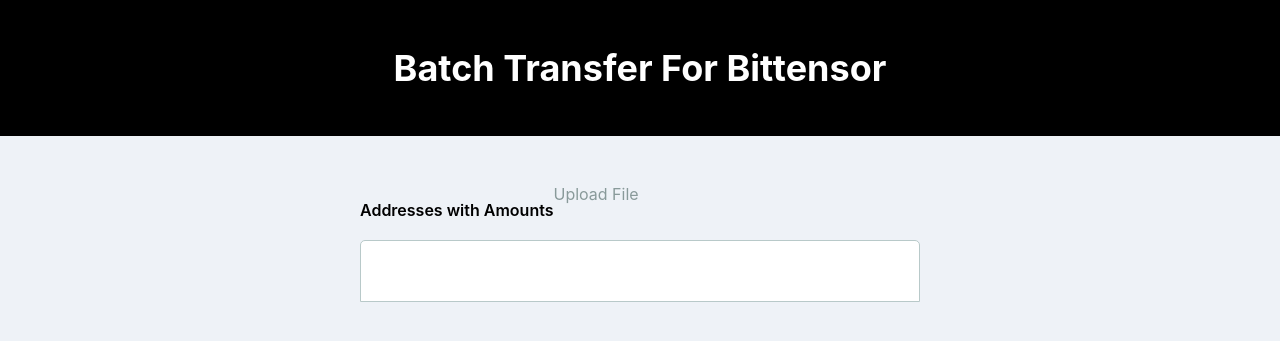
Repository: Dawid-Ace/batch_transfer_tao_master_ui
Page: /
The author's editor kept a copy of each file at every save. The page is drawn from the files as they stood at one save, then again after the next save.
The browser window is 1280 px wide. The pictures show the whole page.
The project was rebuilt for these pictures with package versions that can differ from the ones it lists, and the page was loaded fresh each time.

Above is the page before, as saved 2023-05-10 03:42:17.

### src/App.js
import './App.css';
import { TransferForm } from './components/TransferForm';

function App() {
  return (
    <div className="app-container">
      <div className="header-container">
        Batch Transfer For Bittensor
      </div>

      <div className="main-container">
        <TransferForm />
      </div>
    </div>
  );
}

export default App;

### src/App.css
.app-container {
	display: flex;
	flex-direction: column;
	position: relative;
	width: 100%;
	height: 100vh;
}

.header-container {
	display: flex;
	justify-content: center;
	align-items: center;
	padding-top: 46px;
	padding-bottom: 46px;
	background-color: black;
	font-size: 36px;
	color: white;
	font-weight: 700;
}

.main-container {
	display: flex;
	justify-content: center;
	padding-top: 46px;
	background-color: rgb(238, 242, 247);
	height: 100%;
}

### src/components/TransferForm/index.jsx
import React, { useEffect, useState } from "react";
import styled from 'styled-components';
import DataTable from 'react-data-table-component';

const columns = [
  {
    name: 'Title',
    selector: row => row.title,
  },
  {
    name: 'Year',
    selector: row => row.year,
  },
];
const data = [
  {
    id: 1,
    title: 'Beetlejuice',
    year: '1988',
  },
  {
    id: 2,
    title: 'Ghostbusters',
    year: '1984',
  },
]
export const TransferForm = () => {
  /*
  const fetchUserBalance = async address => {
    const res = await api.query.system.account(address);
    if (res.isEmpty) return 0;
    const { data } = res.toJSON();
    return data.free / UNIT;
  };

  const fetchAndSetUserBalance = async () => {
    const _balance = await fetchUserBalance(currentAccount.address);
    setBalance(_balance);
  };

  const getFromAccount = async () => {
    const {
      address,
      meta: { source, isInjected }
    } = currentAccount;

    if (!isInjected) {
      return [currentAccount];
    }

    // currentAccount is injected from polkadot-JS extension, need to return the addr and signer object.
    // ref: https://polkadot.js.org/docs/extension/cookbook#sign-and-send-a-transaction
    const injector = await web3FromSource(source);
    return [address, { signer: injector.signer }];
  };

  const txResHandler = ({ status }) => {
    setTxStatus({
      visible: true,
      ...(status.isFinalized
        ? { type: 'success', message: 'Success' }
        : { type: 'info', message: `Current transaction status: ${status.type}` })
    });
    if (status.isFinalized) fetchInfo();
  };

  const txErrHandler = err => {
    setTxStatus({ visible: true, type: 'error', message: `😞 Transaction Failed: ${err.toString()}` });
  };

  const submitTx = async tx => {
    setPending(true);
    const fromAccount = await getFromAccount();
    tx.signAndSend(...fromAccount, txResHandler)
      .catch(txErrHandler)
      .finally(() => setPending(false));
  };

  const onUnstake = () => {
    submitTx(api.tx.subtensorModule.removeStake(HOTKEY, Math.floor(amount * UNIT)));
  };
  */

  const FormLabel = styled.p`
    color: black;
    font-weight: 600;
    font-size: 16px;
    line-height: 160%;
  `;

  const FormWrapper = styled.form`
    max-width: 560px;
    min-width: 560px;
    display: flex;
    flex-direction: column;
  `;

  const FormInput = styled.div`
    border: solid 1px #B8C9C9;
    border-top-left-radius: 5px;
    border-top-right-radius: 5px;
    padding: 20px;
    background-color: white

  `

  const FlexWrapper = styled.div`
    display: flex;
    justify-content: between;
  `

  const UploadSwitch = styled.div`
    color: #899A9A;
    font-size: 16px;
    font-weight: 400;
    line-height: 160%;
  `

  return (
    <FormWrapper>
      <FlexWrapper>
        <FormLabel>
          Addresses with Amounts
        </FormLabel>

        <UploadSwitch>
          Upload File
        </UploadSwitch>
      </FlexWrapper>

      <FormInput contentEditable placeholder="Insert address and amount, seperate with comma" />

    </FormWrapper>
  )
}

Loaded but not shown: public/index.html (common file); src/index.js (common file); src/index.css (common file); src/reportWebVitals.js (common file)

After the next save:
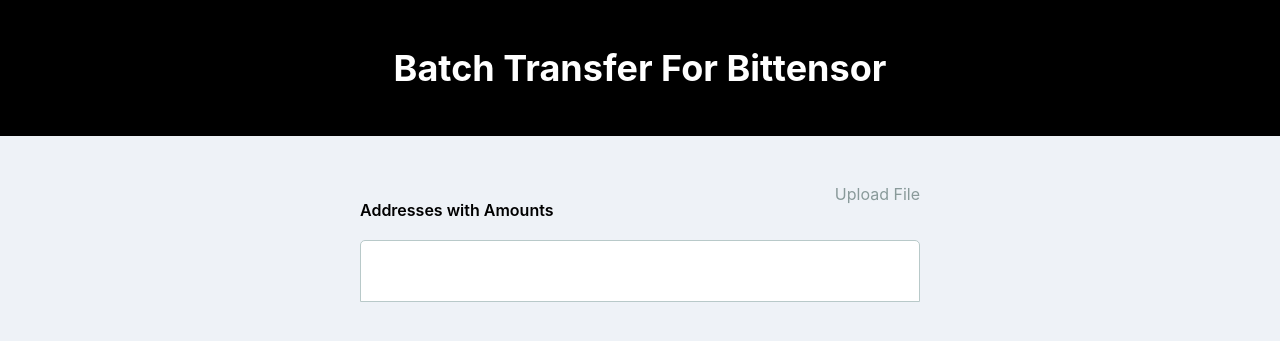
Saved 23 s later.
--- a/src/components/TransferForm/index.jsx
+++ b/src/components/TransferForm/index.jsx
@@ -106,7 +106,7 @@
 
   const FlexWrapper = styled.div`
     display: flex;
-    justify-content: between;
+    justify-content: space-between;
   `
 
   const UploadSwitch = styled.div`
